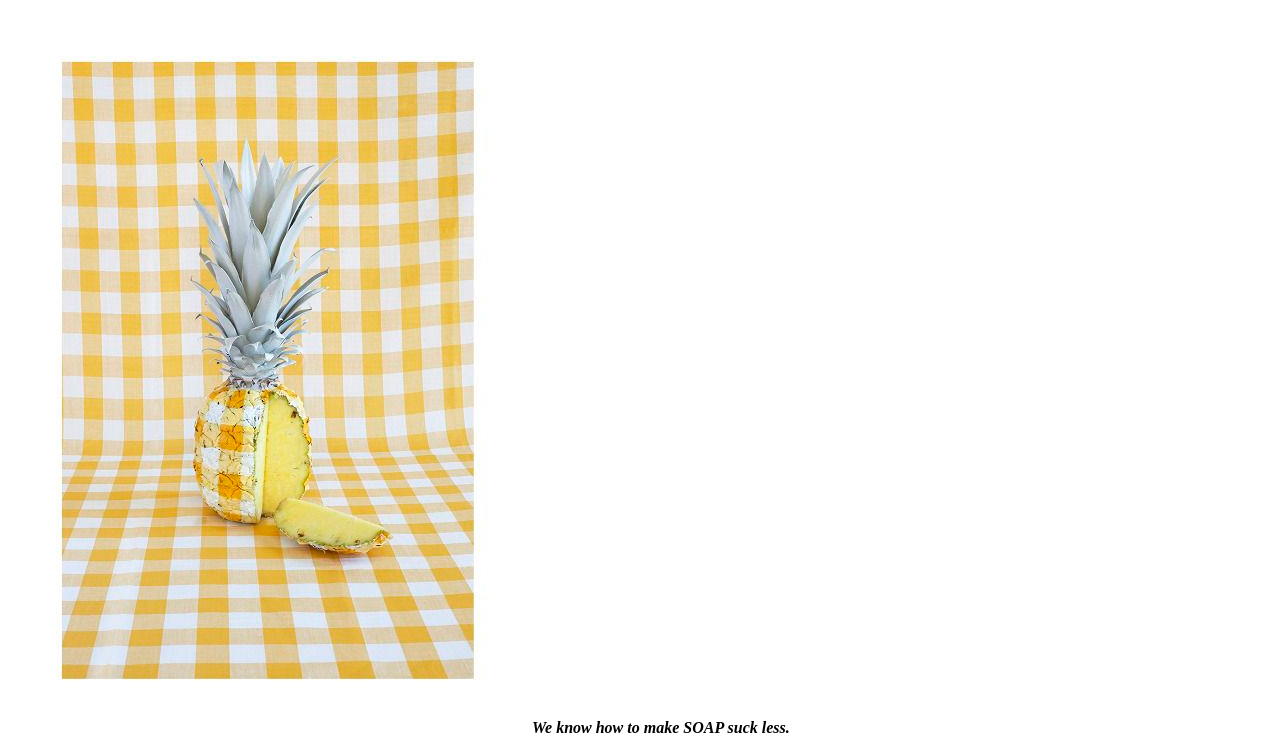
Repository: Freshield/GAEJSP
Page: http://localhost/Chp8.2/Header.jsp
An editor plug-in stored every save of this project. The page is shown before and after the next save, followed by the edit.
The browser window is 1280 px wide. The pictures show the whole page.
The page is served by Tomcat 9.

Above is the page before, as saved 2016-03-29 21:10:04.

After the next save:
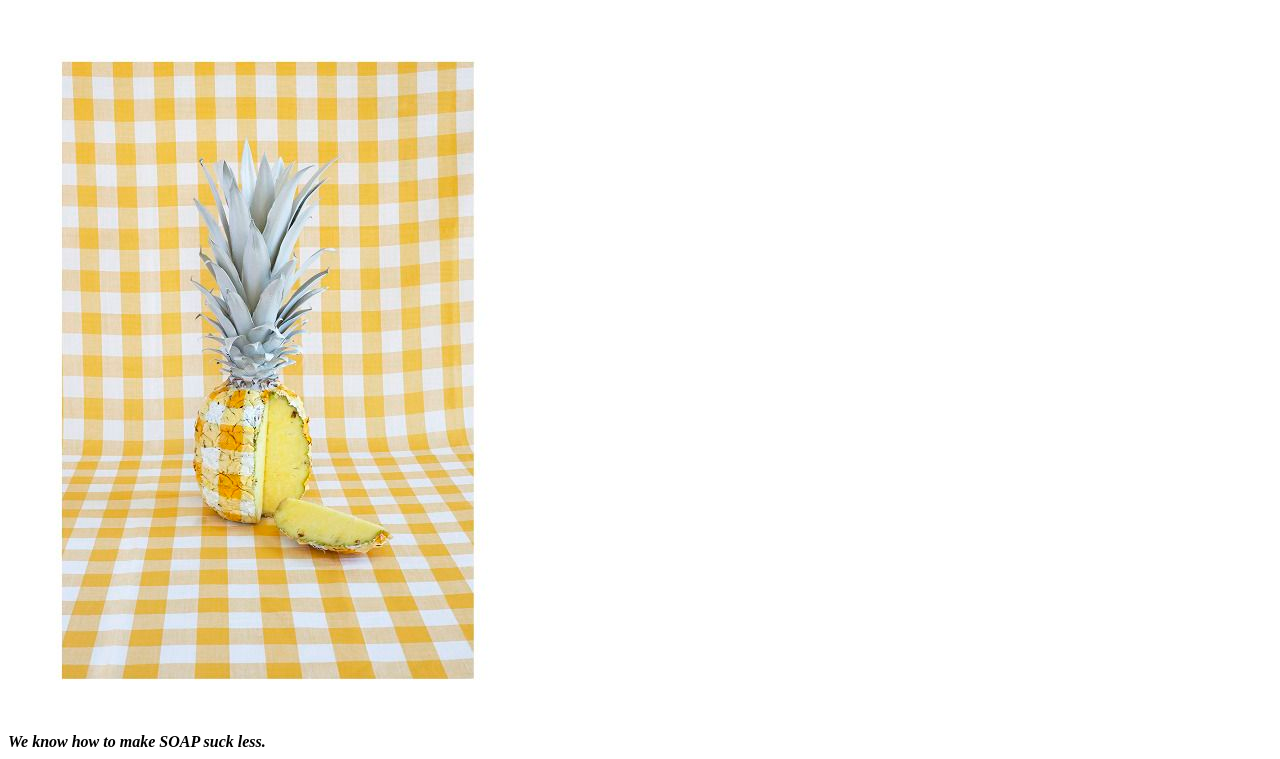
Saved 19 s later.
--- a/real-headfirst/Chp8.2/WebContent/Header.jsp
+++ b/real-headfirst/Chp8.2/WebContent/Header.jsp
@@ -7,8 +7,8 @@
 <title>Insert title here</title>
 </head>
 <body>
-	<img alt="header image" src="images/Web-Services.jpg">
-	<em><strong>We know how to make SOAP suck less.</strong></em>
+	<img alt="header image" src="images/Web-Services.jpg"><br>
+	<em><strong>We know how to make SOAP suck less.</strong></em><br>
 
 </body>
 </html>
